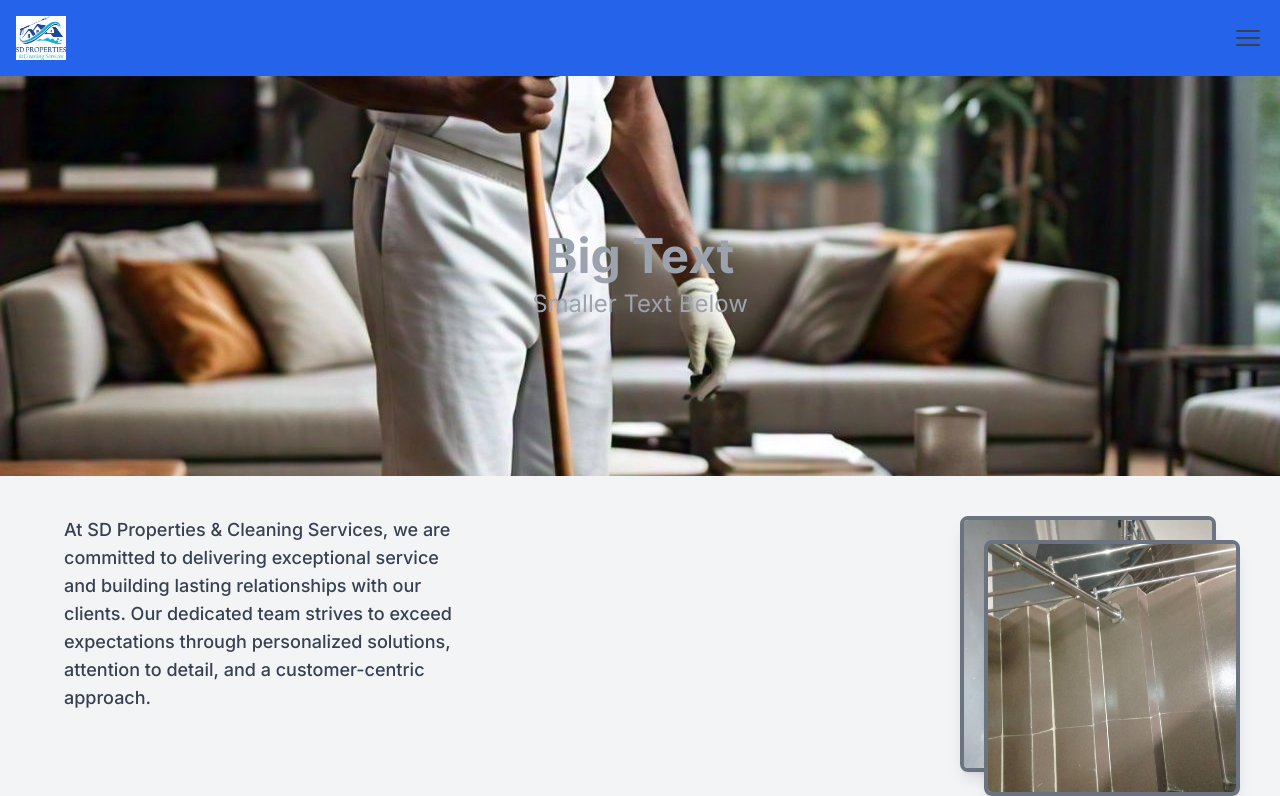
Repository: devmskhan/sdpropandclean
Page: /
The author's editor kept a copy of each file at every save. The page is drawn from the files as they stood at one save, then again after a run of saves.
The browser window is 1280 px wide. The pictures show the whole page.
The project was rebuilt for these pictures with package versions that can differ from the ones it lists, and the page was loaded fresh each time. The framework's server and built-in components were replaced by stand-ins that run in the browser. Also part of the build but not shown: next.config.mjs.

Above is the page before, as saved 2024-09-03 12:17:49.

After the next 2 saves:
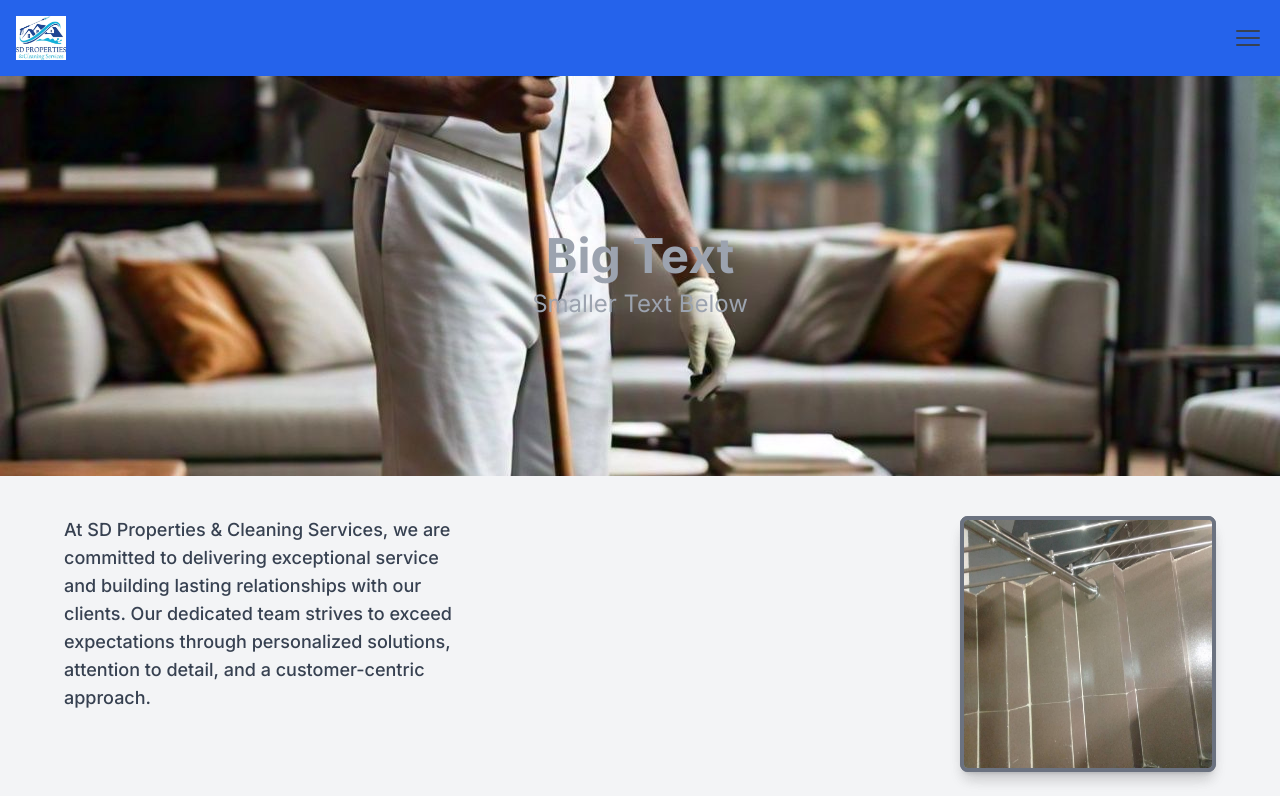
The 2 saves are shown as one change because they came seconds apart.
The last was saved 16 s later.
--- a/components/Body.tsx
+++ b/components/Body.tsx
@@ -38,7 +38,7 @@ function Body() {
     <img
       src="stairsaft.jpg"
       alt="Bottom Image"
-      className="absolute bottom-0 left-0 w-64 h-64 rounded-lg shadow-lg border-gray-500 border-solid border-4 transform translate-x-6 translate-y-6"
+      className="absolute bottom-0 left-0 w-64 h-64 rounded-lg shadow-lg border-gray-500 border-solid border-4"
     />
   </div>
 </div>
